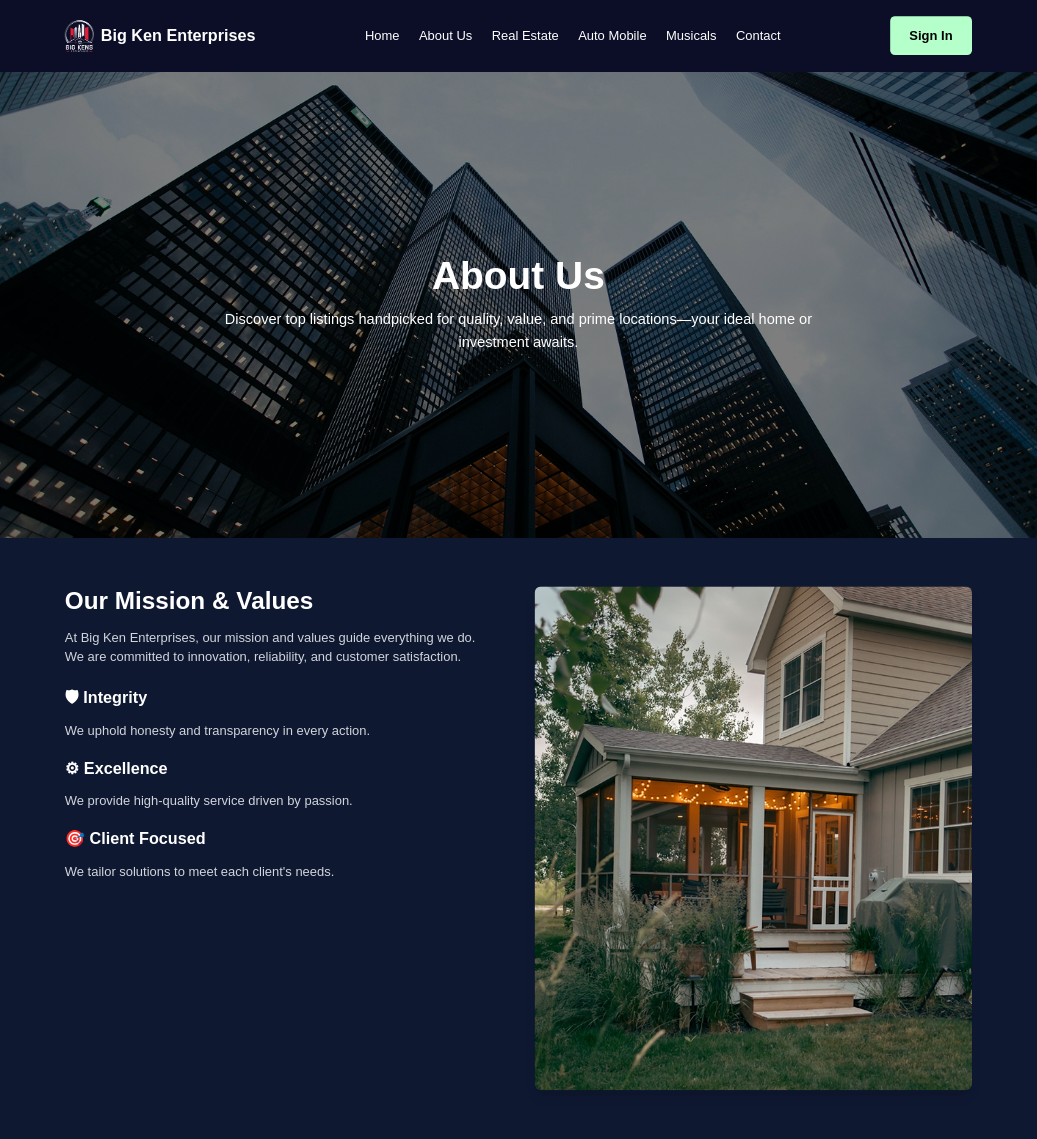
Repository: techvaro/Big-kens-realty-Frontend-react-
Page: /about (app in big-kens-realty/)
The author's editor kept a copy of each file at every save. The page is drawn from the files as they stood at one save, then again after the next save.
The browser window is 1280 px wide. The pictures show the whole page, at 81% of full size.
The project was rebuilt for these pictures with package versions that can differ from the ones it lists, and the page was loaded fresh each time. Also part of the build but not shown: big-kens-realty/vite.config.js, big-kens-realty/src/components/Footer/Footer.jsx, big-kens-realty/src/components/Home/hero.jsx, big-kens-realty/src/components/Home/Services.jsx, big-kens-realty/src/components/Home/Stats.jsx, big-kens-realty/src/components/Home/About.jsx, big-kens-realty/src/components/Home/FeaturedProperties.jsx, big-kens-realty/src/components/Home/AutoMobileSale.jsx and 2 more.

Above is the page before, as saved 2025-12-08 15:59:06.

After the next save:
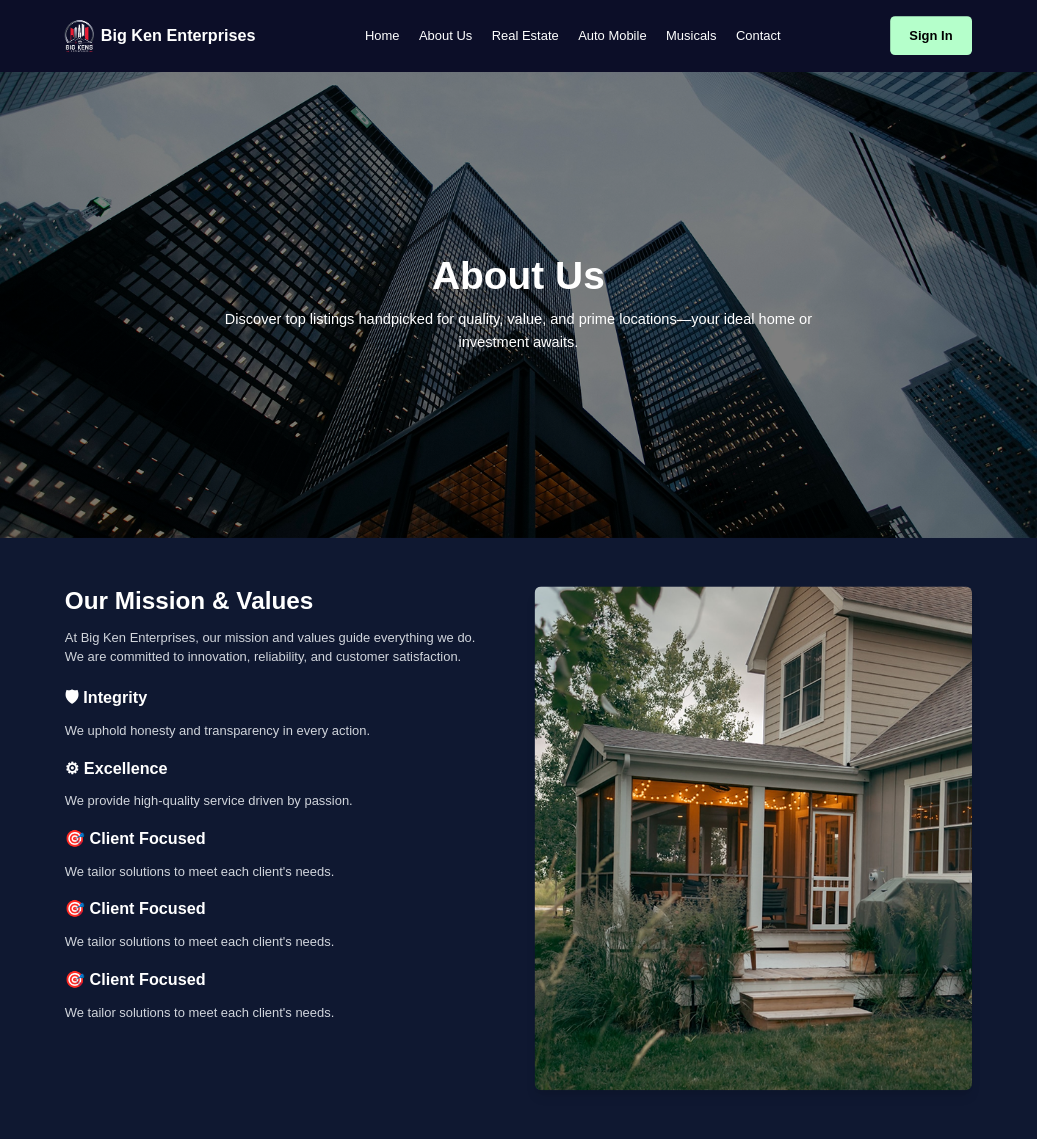
Saved 68 s later.
--- a/big-kens-realty/src/components/About/mission.jsx
+++ b/big-kens-realty/src/components/About/mission.jsx
@@ -24,6 +24,14 @@ and customer satisfaction.
 <h3 className="text-xl font-semibold">🎯 Client Focused</h3>
 <p className="text-gray-300 max-w-md">We tailor solutions to meet each client's needs.</p>
 </div>
+<div>
+<h3 className="text-xl font-semibold">🎯 Client Focused</h3>
+<p className="text-gray-300 max-w-md">We tailor solutions to meet each client's needs.</p>
+</div>
+<div>
+<h3 className="text-xl font-semibold">🎯 Client Focused</h3>
+<p className="text-gray-300 max-w-md">We tailor solutions to meet each client's needs.</p>
+</div>
 </div>
 </div>
 
